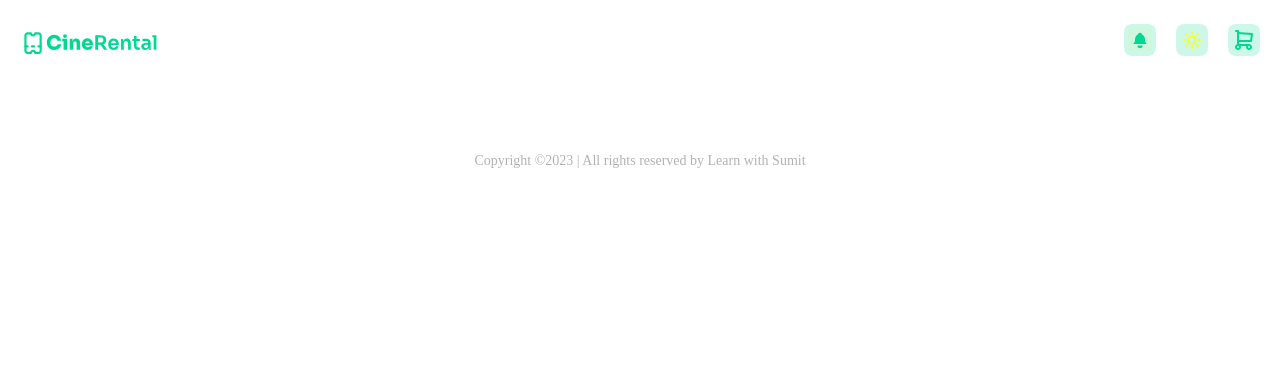
Repository: Wahid137/movie-db
Page: /
These files come from the project's save history. The page is drawn as it stood at one moment and after the next save; the edit follows.
The browser window is 1280 px wide. The pictures show the whole page.
The project was rebuilt for these pictures with package versions that can differ from the ones it lists, and the page was loaded fresh each time. The framework's server and built-in components were replaced by stand-ins that run in the browser. Also part of the build but not shown: next.config.mjs.

Above is the page before, as saved 2024-04-05 02:59:44.

### app/layout.js
import Footer from "@/components/Footer";
import Navbar from "@/components/Navbar";
import { Inter } from "next/font/google";

import "./globals.css";

const inter = Inter({ subsets: ["latin"] });

export const metadata = {
  title: "Create Next App",
  description: "Generated by create next app",
};

export default function RootLayout({ children }) {
  return (
    <html lang="en">
      <body className="dark:bg-body bg-white font-[Sora] dark:text-white text-dark">
        <Navbar />
        <main>
          <div class="container grid lg:grid-cols-[218px_1fr] gap-[3.5rem]">



            <div class="content">
              <div class="grid sm:grid-cols-2 xl:grid-cols-3 gap-7">







              </div>
            </div>
          </div>
        </main>
        <Footer />
      </body>
    </html >
  );
}

### components/Footer.jsx
const Footer = () => {
  return (
    <footer className="py-6 md:py-8 mt-8">
      <div className="container mx-auto">
        <p className="text-center text-sm text-black/30 dark:text-[#EEEEEE]/60">
          Copyright ©2023 | All rights reserved by Learn with Sumit
        </p>
      </div>
    </footer>
  );
};

export default Footer;

### components/Navbar.jsx
import Image from "next/image";
import Link from "next/link";

const Navbar = () => {
  return (
    <header>
      <nav class="container flex items-center justify-between space-x-10 py-6">
        <Link href="/">
          <Image src="/assets/logo.svg" width={139} height={26} alt="logo" />
        </Link>

        <ul class="flex items-center space-x-5">
          <li>
            <Link
              class="bg-primary/20 dark:bg-primary/[7%] rounded-lg backdrop-blur-[2px] p-1 inline-block"
              href="#"
            >
              <Image src="/assets/ring.svg" width={24} height={24} alt="ring" />
            </Link>
          </li>
          <li>
            <Link
              class="bg-primary/20 dark:bg-primary/[7%] rounded-lg backdrop-blur-[2px] p-1 inline-block"
              href="#"
            >
              <Image
                src="/assets/icons/sun.svg"
                width={24}
                height={24}
                alt="sun"
              />
            </Link>
          </li>
          <li>
            <Link
              class="bg-primary/20 dark:bg-primary/[7%] rounded-lg backdrop-blur-[2px] p-1 inline-block"
              href="#"
            >
              <Image
                src="/assets/shopping-cart.svg"
                width={24}
                height={24}
                alt="cart"
              />
            </Link>
          </li>
        </ul>
      </nav>
    </header>
  );
};

export default Navbar;

### styles/output.css
/*
! tailwindcss v3.3.6 | MIT License | https://tailwindcss.com
*/

/*
1. Prevent padding and border from affecting element width. (https://github.com/mozdevs/cssremedy/issues/4)
2. Allow adding a border to an element by just adding a border-width. (https://github.com/tailwindcss/tailwindcss/pull/116)
*/

*,
::before,
::after {
  box-sizing: border-box;
  /* 1 */
  border-width: 0;
  /* 2 */
  border-style: solid;
  /* 2 */
  border-color: #e5e7eb;
  /* 2 */
}

::before,
::after {
  --tw-content: '';
}

/*
1. Use a consistent sensible line-height in all browsers.
2. Prevent adjustments of font size after orientation changes in iOS.
3. Use a more readable tab size.
4. Use the user's configured `sans` font-family by default.
5. Use the user's configured `sans` font-feature-settings by default.
6. Use the user's configured `sans` font-variation-settings by default.
*/

html {
  line-height: 1.5;
  /* 1 */
  -webkit-text-size-adjust: 100%;
  /* 2 */
  -moz-tab-size: 4;
  /* 3 */
  -o-tab-size: 4;
     tab-size: 4;
  /* 3 */
  font-family: ui-sans-serif, system-ui, -apple-system, BlinkMacSystemFont, "Segoe UI", Roboto, "Helvetica Neue", Arial, "Noto Sans", sans-serif, "Apple Color Emoji", "Segoe UI Emoji", "Segoe UI Symbol", "Noto Color Emoji";
  /* 4 */
  font-feature-settings: normal;
  /* 5 */
  font-variation-settings: normal;
  /* 6 */
}

/*
1. Remove the margin in all browsers.
2. Inherit line-height from `html` so users can set them as a class directly on the `html` element.
*/

body {
  margin: 0;
  /* 1 */
  line-height: inherit;
  /* 2 */
}

/*
1. Add the correct height in Firefox.
2. Correct the inheritance of border color in Firefox. (https://bugzilla.mozilla.org/show_bug.cgi?id=190655)
3. Ensure horizontal rules are visible by default.
*/

hr {
  height: 0;
  /* 1 */
  color: inherit;
  /* 2 */
  border-top-width: 1px;
  /* 3 */
}

/*
Add the correct text decoration in Chrome, Edge, and Safari.
*/

abbr:where([title]) {
  -webkit-text-decoration: underline dotted;
          text-decoration: underline dotted;
}

/*
Remove the default font size and weight for headings.
*/

h1,
h2,
h3,
h4,
h5,
h6 {
  font-size: inherit;
  font-weight: inherit;
}

/*
Reset links to optimize for opt-in styling instead of opt-out.
*/

a {
  color: inherit;
  text-decoration: inherit;
}

/*
Add the correct font weight in Edge and Safari.
*/

b,
strong {
  font-weight: bolder;
}

/*
1. Use the user's configured `mono` font-family by default.
2. Use the user's configured `mono` font-feature-settings by default.
3. Use the user's configured `mono` font-variation-settings by default.
4. Correct the odd `em` font sizing in all browsers.
*/

code,
kbd,
samp,
pre {
  font-family: ui-monospace, SFMono-Regular, Menlo, Monaco, Consolas, "Liberation Mono", "Courier New", monospace;
  /* 1 */
  font-feature-settings: normal;
  /* 2 */
  font-variation-settings: normal;
  /* 3 */
  font-size: 1em;
  /* 4 */
}

/*
Add the correct font size in all browsers.
*/

small {
  font-size: 80%;
}

/*
Prevent `sub` and `sup` elements from affecting the line height in all browsers.
*/

sub,
sup {
  font-size: 75%;
  line-height: 0;
  position: relative;
  vertical-align: baseline;
}

sub {
  bottom: -0.25em;
}

sup {
  top: -0.5em;
}

/*
1. Remove text indentation from table contents in Chrome and Safari. (https://bugs.chromium.org/p/chromium/issues/detail?id=999088, https://bugs.webkit.org/show_bug.cgi?id=201297)
2. Correct table border color inheritance in all Chrome and Safari. (https://bugs.chromium.org/p/chromium/issues/detail?id=935729, https://bugs.webkit.org/show_bug.cgi?id=195016)
3. Remove gaps between table borders by default.
*/

table {
  text-indent: 0;
  /* 1 */
  border-color: inherit;
  /* 2 */
  border-collapse: collapse;
  /* 3 */
}

/*
1. Change the font styles in all browsers.
2. Remove the margin in Firefox and Safari.
3. Remove default padding in all browsers.
*/

button,
input,
optgroup,
select,
textarea {
  font-family: inherit;
  /* 1 */
  font-feature-settings: inherit;
  /* 1 */
  font-variation-settings: inherit;
  /* 1 */
  font-size: 100%;
  /* 1 */
  font-weight: inherit;
  /* 1 */
  line-height: inherit;
  /* 1 */
  color: inherit;
  /* 1 */
  margin: 0;
  /* 2 */
  padding: 0;
  /* 3 */
}

/*
Remove the inheritance of text transform in Edge and Firefox.
*/

button,
select {
  text-transform: none;
}

/*
1. Correct the inability to style clickable types in iOS and Safari.
2. Remove default button styles.
*/

button,
[type='button'],
[type='reset'],
[type='submit'] {
  -webkit-appearance: button;
  /* 1 */
  background-color: transparent;
  /* 2 */
  background-image: none;
  /* 2 */
}

/*
Use the modern Firefox focus style for all focusable elements.
*/

:-moz-focusring {
  outline: auto;
}

/*
Remove the additional `:invalid` styles in Firefox. (https://github.com/mozilla/gecko-dev/blob/2f9eacd9d3d995c937b4251a5557d95d494c9be1/layout/style/res/forms.css#L728-L737)
*/

:-moz-ui-invalid {
  box-shadow: none;
}

/*
Add the correct vertical alignment in Chrome and Firefox.
*/

progress {
  vertical-align: baseline;
}

/*
Correct the cursor style of increment and decrement buttons in Safari.
*/

::-webkit-inner-spin-button,
::-webkit-outer-spin-button {
  height: auto;
}

/*
1. Correct the odd appearance in Chrome and Safari.
2. Correct the outline style in Safari.
*/

[type='search'] {
  -webkit-appearance: textfield;
  /* 1 */
  outline-offset: -2px;
  /* 2 */
}

/*
Remove the inner padding in Chrome and Safari on macOS.
*/

::-webkit-search-decoration {
  -webkit-appearance: none;
}

/*
1. Correct the inability to style clickable types in iOS and Safari.
2. Change font properties to `inherit` in Safari.
*/

::-webkit-file-upload-button {
  -webkit-appearance: button;
  /* 1 */
  font: inherit;
  /* 2 */
}

/*
Add the correct display in Chrome and Safari.
*/

summary {
  display: list-item;
}

/*
Removes the default spacing and border for appropriate elements.
*/

blockquote,
dl,
dd,
h1,
h2,
h3,
h4,
h5,
h6,
hr,
figure,
p,
pre {
  margin: 0;
}

fieldset {
  margin: 0;
  padding: 0;
}

legend {
  padding: 0;
}

ol,
ul,
menu {
  list-style: none;
  margin: 0;
  padding: 0;
}

/*
Reset default styling for dialogs.
*/

dialog {
  padding: 0;
}

/*
Prevent resizing textareas horizontally by default.
*/

textarea {
  resize: vertical;
}

/*
1. Reset the default placeholder opacity in Firefox. (https://github.com/tailwindlabs/tailwindcss/issues/3300)
2. Set the default placeholder color to the user's configured gray 400 color.
*/

input::-moz-placeholder, textarea::-moz-placeholder {
  opacity: 1;
  /* 1 */
  color: #9ca3af;
  /* 2 */
}

input::placeholder,
textarea::placeholder {
  opacity: 1;
  /* 1 */
  color: #9ca3af;
  /* 2 */
}

/*
Set the default cursor for buttons.
*/

button,
[role="button"] {
  cursor: pointer;
}

/*
Make sure disabled buttons don't get the pointer cursor.
*/

:disabled {
  cursor: default;
}

/*
1. Make replaced elements `display: block` by default. (https://github.com/mozdevs/cssremedy/issues/14)
2. Add `vertical-align: middle` to align replaced elements more sensibly by default. (https://github.com/jensimmons/cssremedy/issues/14#issuecomment-634934210)
   This can trigger a poorly considered lint error in some tools but is included by design.
*/

img,
svg,
video,
canvas,
audio,
iframe,
embed,
object {
  display: block;
  /* 1 */
  vertical-align: middle;
  /* 2 */
}

/*
Constrain images and videos to the parent width and preserve their intrinsic aspect ratio. (https://github.com/mozdevs/cssremedy/issues/14)
*/

img,
video {
  max-width: 100%;
  height: auto;
}

/* Make elements with the HTML hidden attribute stay hidden by default */

[hidden] {
  display: none;
}

*, ::before, ::after {
  --tw-border-spacing-x: 0;
  --tw-border-spacing-y: 0;
  --tw-translate-x: 0;
  --tw-translate-y: 0;
  --tw-rotate: 0;
  --tw-skew-x: 0;
  --tw-skew-y: 0;
  --tw-scale-x: 1;
  --tw-scale-y: 1;
  --tw-pan-x:  ;
  --tw-pan-y:  ;
  --tw-pinch-zoom:  ;
  --tw-scroll-snap-strictness: proximity;
  --tw-gradient-from-position:  ;
  --tw-gradient-via-position:  ;
  --tw-gradient-to-position:  ;
  --tw-ordinal:  ;
  --tw-slashed-zero:  ;
  --tw-numeric-figure:  ;
  --tw-numeric-spacing:  ;
  --tw-numeric-fraction:  ;
  --tw-ring-inset:  ;
  --tw-ring-offset-width: 0px;
  --tw-ring-offset-color: #fff;
  --tw-ring-color: rgb(59 130 246 / 0.5);
  --tw-ring-offset-shadow: 0 0 #0000;
  --tw-ring-shadow: 0 0 #0000;
  --tw-shadow: 0 0 #0000;
  --tw-shadow-colored: 0 0 #0000;
  --tw-blur:  ;
  --tw-brightness:  ;
  --tw-contrast:  ;
  --tw-grayscale:  ;
  --tw-hue-rotate:  ;
  --tw-invert:  ;
  --tw-saturate:  ;
  --tw-sepia:  ;
  --tw-drop-shadow:  ;
  --tw-backdrop-blur:  ;
  --tw-backdrop-brightness:  ;
  --tw-backdrop-contrast:  ;
  --tw-backdrop-grayscale:  ;
  --tw-backdrop-hue-rotate:  ;
  --tw-backdrop-invert:  ;
  --tw-backdrop-opacity:  ;
  --tw-backdrop-saturate:  ;
  --tw-backdrop-sepia:  ;
}

::backdrop {
  --tw-border-spacing-x: 0;
  --tw-border-spacing-y: 0;
  --tw-translate-x: 0;
  --tw-translate-y: 0;
  --tw-rotate: 0;
  --tw-skew-x: 0;
  --tw-skew-y: 0;
  --tw-scale-x: 1;
  --tw-scale-y: 1;
  --tw-pan-x:  ;
  --tw-pan-y:  ;
  --tw-pinch-zoom:  ;
  --tw-scroll-snap-strictness: proximity;
  --tw-gradient-from-position:  ;
  --tw-gradient-via-position:  ;
  --tw-gradient-to-position:  ;
  --tw-ordinal:  ;
  --tw-slashed-zero:  ;
  --tw-numeric-figure:  ;
  --tw-numeric-spacing:  ;
  --tw-numeric-fraction:  ;
  --tw-ring-inset:  ;
  --tw-ring-offset-width: 0px;
  --tw-ring-offset-color: #fff;
  --tw-ring-color: rgb(59 130 246 / 0.5);
  --tw-ring-offset-shadow: 0 0 #0000;
  --tw-ring-shadow: 0 0 #0000;
  --tw-shadow: 0 0 #0000;
  --tw-shadow-colored: 0 0 #0000;
  --tw-blur:  ;
  --tw-brightness:  ;
  --tw-contrast:  ;
  --tw-grayscale:  ;
  --tw-hue-rotate:  ;
  --tw-invert:  ;
  --tw-saturate:  ;
  --tw-sepia:  ;
  --tw-drop-shadow:  ;
  --tw-backdrop-blur:  ;
  --tw-backdrop-brightness:  ;
  --tw-backdrop-contrast:  ;
  --tw-backdrop-grayscale:  ;
  --tw-backdrop-hue-rotate:  ;
  --tw-backdrop-invert:  ;
  --tw-backdrop-opacity:  ;
  --tw-backdrop-saturate:  ;
  --tw-backdrop-sepia:  ;
}

.container {
  width: 100%;
  margin-right: auto;
  margin-left: auto;
  padding-right: 1.25rem;
  padding-left: 1.25rem;
}

@media (min-width: 640px) {
  .container {
    max-width: 640px;
  }
}

@media (min-width: 768px) {
  .container {
    max-width: 768px;
  }
}

@media (min-width: 1024px) {
  .container {
    max-width: 1024px;
  }
}

@media (min-width: 1280px) {
  .container {
    max-width: 1280px;
  }
}

@media (min-width: 1536px) {
  .container {
    max-width: 1536px;
  }
}

.fixed {
  position: fixed;
}

.absolute {
  position: absolute;
}

.relative {
  position: relative;
}

.left-0 {
  left: 0px;
}

.left-1\/2 {
  left: 50%;
}

.top-0 {
  top: 0px;
}

.top-1\/2 {
  top: 50%;
}

.z-50 {
  z-index: 50;
}

.col-span-2 {
  grid-column: span 2 / span 2;
}

.col-span-10 {
  grid-column: span 10 / span 10;
}

.col-span-7 {
  grid-column: span 7 / span 7;
}

.col-span-8 {
  grid-column: span 8 / span 8;
}

.mx-auto {
  margin-left: auto;
  margin-right: auto;
}

.my-3 {
  margin-top: 0.75rem;
  margin-bottom: 0.75rem;
}

.my-2 {
  margin-top: 0.5rem;
  margin-bottom: 0.5rem;
}

.my-8 {
  margin-top: 2rem;
  margin-bottom: 2rem;
}

.mb-1 {
  margin-bottom: 0.25rem;
}

.mb-10 {
  margin-bottom: 2.5rem;
}

.mb-2 {
  margin-bottom: 0.5rem;
}

.mb-5 {
  margin-bottom: 1.25rem;
}

.mb-8 {
  margin-bottom: 2rem;
}

.mt-8 {
  margin-top: 2rem;
}

.mt-2 {
  margin-top: 0.5rem;
}

.block {
  display: block;
}

.inline-block {
  display: inline-block;
}

.flex {
  display: flex;
}

.inline-flex {
  display: inline-flex;
}

.grid {
  display: grid;
}

.hidden {
  display: none;
}

.h-5 {
  height: 1.25rem;
}

.h-full {
  height: 100%;
}

.h-screen {
  height: 100vh;
}

.h-fit {
  height: -moz-fit-content;
  height: fit-content;
}

.h-min {
  height: -moz-min-content;
  height: min-content;
}

.h-max {
  height: -moz-max-content;
  height: max-content;
}

.h-\[500px\] {
  height: 500px;
}

.max-h-\[450px\] {
  max-height: 450px;
}

.max-h-\[90vh\] {
  max-height: 90vh;
}

.max-h-\[300px\] {
  max-height: 300px;
}

.max-h-\[600px\] {
  max-height: 600px;
}

.w-5 {
  width: 1.25rem;
}

.w-full {
  width: 100%;
}

.w-screen {
  width: 100vw;
}

.max-w-\[420px\] {
  max-width: 420px;
}

.-translate-x-1\/2 {
  --tw-translate-x: -50%;
  transform: translate(var(--tw-translate-x), var(--tw-translate-y)) rotate(var(--tw-rotate)) skewX(var(--tw-skew-x)) skewY(var(--tw-skew-y)) scaleX(var(--tw-scale-x)) scaleY(var(--tw-scale-y));
}

.-translate-y-1\/2 {
  --tw-translate-y: -50%;
  transform: translate(var(--tw-translate-x), var(--tw-translate-y)) rotate(var(--tw-rotate)) skewX(var(--tw-skew-x)) skewY(var(--tw-skew-y)) scaleX(var(--tw-scale-x)) scaleY(var(--tw-scale-y));
}

.grid-cols-\[1fr_auto\] {
  grid-template-columns: 1fr auto;
}

.grid-cols-12 {
  grid-template-columns: repeat(12, minmax(0, 1fr));
}

.place-items-center {
  place-items: center;
}

.items-center {
  align-items: center;
}

.justify-end {
  justify-content: flex-end;
}

.justify-center {
  justify-content: center;
}

.justify-between {
  justify-content: space-between;
}

.gap-2 {
  gap: 0.5rem;
}

.gap-4 {
  gap: 1rem;
}

.gap-7 {
  gap: 1.75rem;
}

.gap-\[3\.5rem\] {
  gap: 3.5rem;
}

.gap-8 {
  gap: 2rem;
}

.space-x-1 > :not([hidden]) ~ :not([hidden]) {
  --tw-space-x-reverse: 0;
  margin-right: calc(0.25rem * var(--tw-space-x-reverse));
  margin-left: calc(0.25rem * calc(1 - var(--tw-space-x-reverse)));
}

.space-x-10 > :not([hidden]) ~ :not([hidden]) {
  --tw-space-x-reverse: 0;
  margin-right: calc(2.5rem * var(--tw-space-x-reverse));
  margin-left: calc(2.5rem * calc(1 - var(--tw-space-x-reverse)));
}

.space-x-2 > :not([hidden]) ~ :not([hidden]) {
  --tw-space-x-reverse: 0;
  margin-right: calc(0.5rem * var(--tw-space-x-reverse));
  margin-left: calc(0.5rem * calc(1 - var(--tw-space-x-reverse)));
}

.space-x-5 > :not([hidden]) ~ :not([hidden]) {
  --tw-space-x-reverse: 0;
  margin-right: calc(1.25rem * var(--tw-space-x-reverse));
  margin-left: calc(1.25rem * calc(1 - var(--tw-space-x-reverse)));
}

.space-y-2 > :not([hidden]) ~ :not([hidden]) {
  --tw-space-y-reverse: 0;
  margin-top: calc(0.5rem * calc(1 - var(--tw-space-y-reverse)));
  margin-bottom: calc(0.5rem * var(--tw-space-y-reverse));
}

.space-y-8 > :not([hidden]) ~ :not([hidden]) {
  --tw-space-y-reverse: 0;
  margin-top: calc(2rem * calc(1 - var(--tw-space-y-reverse)));
  margin-bottom: calc(2rem * var(--tw-space-y-reverse));
}

.space-y-4 > :not([hidden]) ~ :not([hidden]) {
  --tw-space-y-reverse: 0;
  margin-top: calc(1rem * calc(1 - var(--tw-space-y-reverse)));
  margin-bottom: calc(1rem * var(--tw-space-y-reverse));
}

.overflow-auto {
  overflow: auto;
}

.overflow-hidden {
  overflow: hidden;
}

.rounded {
  border-radius: 0.25rem;
}

.rounded-2xl {
  border-radius: 1rem;
}

.rounded-lg {
  border-radius: 0.5rem;
}

.rounded-md {
  border-radius: 0.375rem;
}

.rounded-xl {
  border-radius: 0.75rem;
}

.border {
  border-width: 1px;
}

.border-\[\#74766F\] {
  --tw-border-opacity: 1;
  border-color: rgb(116 118 111 / var(--tw-border-opacity));
}

.border-black\/10 {
  border-color: rgb(0 0 0 / 0.1);
}

.bg-\[\#D42967\] {
  --tw-bg-opacity: 1;
  background-color: rgb(212 41 103 / var(--tw-bg-opacity));
}

.bg-black\/60 {
  background-color: rgb(0 0 0 / 0.6);
}

.bg-primary {
  --tw-bg-opacity: 1;
  background-color: rgb(0 217 145 / var(--tw-bg-opacity));
}

.bg-primary\/20 {
  background-color: rgb(0 217 145 / 0.2);
}

.bg-white {
  --tw-bg-opacity: 1;
  background-color: rgb(255 255 255 / var(--tw-bg-opacity));
}

.bg-slate-800\/40 {
  background-color: rgb(30 41 59 / 0.4);
}

.bg-slate-800\/60 {
  background-color: rgb(30 41 59 / 0.6);
}

.bg-slate-800\/80 {
  background-color: rgb(30 41 59 / 0.8);
}

.object-contain {
  -o-object-fit: contain;
     object-fit: contain;
}

.object-cover {
  -o-object-fit: cover;
     object-fit: cover;
}

.p-1 {
  padding: 0.25rem;
}

.p-2 {
  padding: 0.5rem;
}

.p-4 {
  padding: 1rem;
}

.p-5 {
  padding: 1.25rem;
}

.px-5 {
  padding-left: 1.25rem;
  padding-right: 1.25rem;
}

.py-2 {
  padding-top: 0.5rem;
  padding-bottom: 0.5rem;
}

.py-3 {
  padding-top: 0.75rem;
  padding-bottom: 0.75rem;
}

.py-3\.5 {
  padding-top: 0.875rem;
  padding-bottom: 0.875rem;
}

.py-6 {
  padding-top: 1.5rem;
  padding-bottom: 1.5rem;
}

.py-12 {
  padding-top: 3rem;
  padding-bottom: 3rem;
}

.px-4 {
  padding-left: 1rem;
  padding-right: 1rem;
}

.px-8 {
  padding-left: 2rem;
  padding-right: 2rem;
}

.pt-4 {
  padding-top: 1rem;
}

.text-center {
  text-align: center;
}

.font-\[Sora\] {
  font-family: Sora;
}

.text-2xl {
  font-size: 1.5rem;
  line-height: 2rem;
}

.text-3xl {
  font-size: 1.875rem;
  line-height: 2.25rem;
}

.text-base {
  font-size: 1rem;
  line-height: 1.5rem;
}

.text-sm {
  font-size: 0.875rem;
  line-height: 1.25rem;
}

.text-xl {
  font-size: 1.25rem;
  line-height: 1.75rem;
}

.text-4xl {
  font-size: 2.25rem;
  line-height: 2.5rem;
}

.font-bold {
  font-weight: 700;
}

.font-semibold {
  font-weight: 600;
}

.font-extralight {
  font-weight: 200;
}

.font-medium {
  font-weight: 500;
}

.italic {
  font-style: italic;
}

.text-\[\#171923\] {
  --tw-text-opacity: 1;
  color: rgb(23 25 35 / var(--tw-text-opacity));
}

.text-\[\#575A6E\] {
  --tw-text-opacity: 1;
  color: rgb(87 90 110 / var(--tw-text-opacity));
}

.text-\[\#6F6F6F\] {
  --tw-text-opacity: 1;
  color: rgb(111 111 111 / var(--tw-text-opacity));
}

.text-\[\#9fa0a4\] {
  --tw-text-opacity: 1;
  color: rgb(159 160 164 / var(--tw-text-opacity));
}

.text-black {
  --tw-text-opacity: 1;
  color: rgb(0 0 0 / var(--tw-text-opacity));
}

.text-black\/30 {
  color: rgb(0 0 0 / 0.3);
}

.text-dark {
  --tw-text-opacity: 1;
  color: rgb(23 25 35 / var(--tw-text-opacity));
}

.text-white {
  --tw-text-opacity: 1;
  color: rgb(255 255 255 / var(--tw-text-opacity));
}

.text-slate-400 {
  --tw-text-opacity: 1;
  color: rgb(148 163 184 / var(--tw-text-opacity));
}

.text-slate-300 {
  --tw-text-opacity: 1;
  color: rgb(203 213 225 / var(--tw-text-opacity));
}

.text-slate-800 {
  --tw-text-opacity: 1;
  color: rgb(30 41 59 / var(--tw-text-opacity));
}

.shadow-md {
  --tw-shadow: 0 4px 6px -1px rgb(0 0 0 / 0.1), 0 2px 4px -2px rgb(0 0 0 / 0.1);
  --tw-shadow-colored: 0 4px 6px -1px var(--tw-shadow-color), 0 2px 4px -2px var(--tw-shadow-color);
  box-shadow: var(--tw-ring-offset-shadow, 0 0 #0000), var(--tw-ring-shadow, 0 0 #0000), var(--tw-shadow);
}

.shadow-sm {
  --tw-shadow: 0 1px 2px 0 rgb(0 0 0 / 0.05);
  --tw-shadow-colored: 0 1px 2px 0 var(--tw-shadow-color);
  box-shadow: var(--tw-ring-offset-shadow, 0 0 #0000), var(--tw-ring-shadow, 0 0 #0000), var(--tw-shadow);
}

.backdrop-blur-\[2px\] {
  --tw-backdrop-blur: blur(2px);
  -webkit-backdrop-filter: var(--tw-backdrop-blur) var(--tw-backdrop-brightness) var(--tw-backdrop-contrast) var(--tw-backdrop-grayscale) var(--tw-backdrop-hue-rotate) var(--tw-backdrop-invert) var(--tw-backdrop-opacity) var(--tw-backdrop-saturate) var(--tw-backdrop-sepia);
          backdrop-filter: var(--tw-backdrop-blur) var(--tw-backdrop-brightness) var(--tw-backdrop-contrast) var(--tw-backdrop-grayscale) var(--tw-backdrop-hue-rotate) var(--tw-backdrop-invert) var(--tw-backdrop-opacity) var(--tw-backdrop-saturate) var(--tw-backdrop-sepia);
}

.backdrop-blur-sm {
  --tw-backdrop-blur: blur(4px);
  -webkit-backdrop-filter: var(--tw-backdrop-blur) var(--tw-backdrop-brightness) var(--tw-backdrop-contrast) var(--tw-backdrop-grayscale) var(--tw-backdrop-hue-rotate) var(--tw-backdrop-invert) var(--tw-backdrop-opacity) var(--tw-backdrop-saturate) var(--tw-backdrop-sepia);
          backdrop-filter: var(--tw-backdrop-blur) var(--tw-backdrop-brightness) var(--tw-backdrop-contrast) var(--tw-backdrop-grayscale) var(--tw-backdrop-hue-rotate) var(--tw-backdrop-invert) var(--tw-backdrop-opacity) var(--tw-backdrop-saturate) var(--tw-backdrop-sepia);
}

:is(.dark .dark\:border-white\/10) {
  border-color: rgb(255 255 255 / 0.1);
}

:is(.dark .dark\:bg-\[\#12141D\]) {
  --tw-bg-opacity: 1;
  background-color: rgb(18 20 29 / var(--tw-bg-opacity));
}

:is(.dark .dark\:bg-body) {
  --tw-bg-opacity: 1;
  background-color: rgb(29 30 40 / var(--tw-bg-opacity));
}

:is(.dark .dark\:bg-primary\/\[7\%\]) {
  background-color: rgb(0 217 145 / 7%);
}

:is(.dark .dark\:text-\[\#575A6E\]) {
  --tw-text-opacity: 1;
  color: rgb(87 90 110 / var(--tw-text-opacity));
}

:is(.dark .dark\:text-\[\#EEEEEE\]) {
  --tw-text-opacity: 1;
  color: rgb(238 238 238 / var(--tw-text-opacity));
}

:is(.dark .dark\:text-\[\#EEEEEE\]\/60) {
  color: rgb(238 238 238 / 0.6);
}

:is(.dark .dark\:text-gray-200) {
  --tw-text-opacity: 1;
  color: rgb(229 231 235 / var(--tw-text-opacity));
}

:is(.dark .dark\:text-white) {
  --tw-text-opacity: 1;
  color: rgb(255 255 255 / var(--tw-text-opacity));
}

@media not all and (min-width: 768px) {
  .max-md\:hidden {
    display: none;
  }

  .max-md\:text-xs {
    font-size: 0.75rem;
    line-height: 1rem;
  }
}

@media not all and (min-width: 640px) {
  .max-sm\:max-h-\[300px\] {
    max-height: 300px;
  }
}

@media (min-width: 640px) {
  .sm\:order-2 {
    order: 2;
  }

  .sm\:grid {
    display: grid;
  }

  .sm\:max-w-\[600px\] {
    max-width: 600px;
  }

  .sm\:grid-cols-2 {
    grid-template-columns: repeat(2, minmax(0, 1fr));
  }

  .sm\:grid-cols-\[2fr_1fr\] {
    grid-template-columns: 2fr 1fr;
  }
}

@media (min-width: 768px) {
  .md\:p-9 {
    padding: 2.25rem;
  }

  .md\:px-4 {
    padding-left: 1rem;
    padding-right: 1rem;
  }

  .md\:py-8 {
    padding-top: 2rem;
    padding-bottom: 2rem;
  }

  .md\:text-xl {
    font-size: 1.25rem;
    line-height: 1.75rem;
  }
}

@media (min-width: 1024px) {
  .lg\:mb-14 {
    margin-bottom: 3.5rem;
  }

  .lg\:mb-16 {
    margin-bottom: 4rem;
  }

  .lg\:max-h-\[600px\] {
    max-height: 600px;
  }

  .lg\:max-h-\[400px\] {
    max-height: 400px;
  }

  .lg\:max-h-\[200px\] {
    max-height: 200px;
  }

  .lg\:max-h-\[500px\] {
    max-height: 500px;
  }

  .lg\:max-w-\[790px\] {
    max-width: 790px;
  }

  .lg\:max-w-\[984px\] {
    max-width: 984px;
  }

  .lg\:grid-cols-2 {
    grid-template-columns: repeat(2, minmax(0, 1fr));
  }

  .lg\:grid-cols-\[218px_1fr\] {
    grid-template-columns: 218px 1fr;
  }

  .lg\:space-y-12 > :not([hidden]) ~ :not([hidden]) {
    --tw-space-y-reverse: 0;
    margin-top: calc(3rem * calc(1 - var(--tw-space-y-reverse)));
    margin-bottom: calc(3rem * var(--tw-space-y-reverse));
  }

  .lg\:p-11 {
    padding: 2.75rem;
  }

  .lg\:text-\[30px\] {
    font-size: 30px;
  }

  .lg\:text-\[50px\] {
    font-size: 50px;
  }

  .lg\:text-base {
    font-size: 1rem;
    line-height: 1.5rem;
  }
}

@media (min-width: 1280px) {
  .xl\:grid-cols-3 {
    grid-template-columns: repeat(3, minmax(0, 1fr));
  }
}

### components/MovieCard.jsx
import Image from "next/image";

const MovieCard = () => {
  return (
    <figure className="p-4 border border-black/10 shadow-sm dark:border-white/10 rounded-xl">
      <Image
        className="w-full object-cover"
        width={300}
        height={500}
        src="/assets/movie-1.png"
        alt="cover"
      />
      <figcaption className="pt-4">
        <h3 className="text-xl mb-1">Iron Man</h3>
        <p className="text-[#575A6E] text-sm mb-2">Action/Adventure/Sci-fi</p>
        <div className="flex items-center space-x-1 mb-5">
          <Image src="/assets/star.svg" width={14} height={14} alt="star" />
        </div>
        <a
          className="bg-primary rounded-lg py-2 px-5 flex items-center justify-center gap-2 text-[#171923] font-semibold text-sm"
          href="./modal.html"
        >
          <Image src="/assets/tag.svg" alt="tag" width={20} height={20} />
          <span>Details</span>
        </a>
      </figcaption>
    </figure>
  );
};

export default MovieCard;

Loaded but not shown: app/globals.css (common file); tailwind.config.js (24 lines, source omitted); app/page.js (16 lines, source omitted)

After the next save:
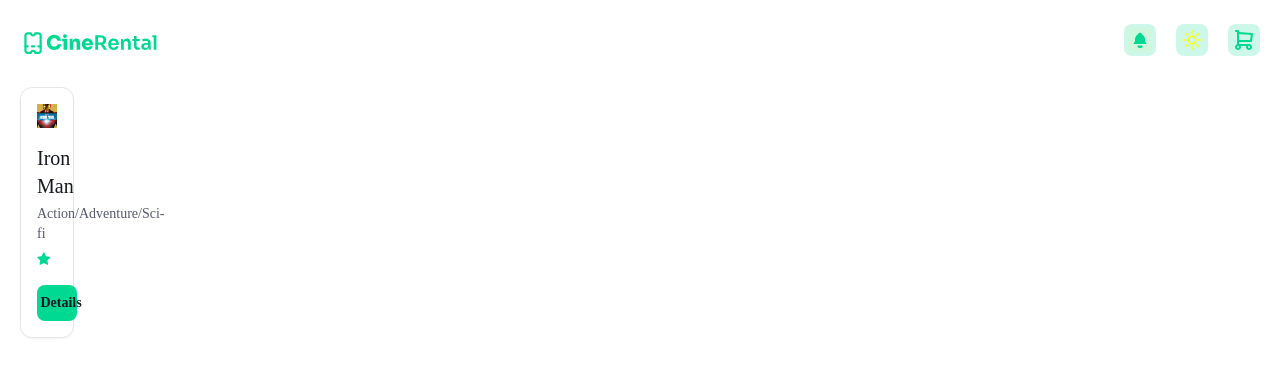
Saved 2 min 38 s later.
--- a/app/layout.js
+++ b/app/layout.js
@@ -1,7 +1,6 @@
-import Footer from "@/components/Footer";
 import Navbar from "@/components/Navbar";
 import { Inter } from "next/font/google";
-
+import "../../movie-db/styles/output.css";
 import "./globals.css";
 
 const inter = Inter({ subsets: ["latin"] });
@@ -16,25 +15,8 @@
     <html lang="en">
       <body className="dark:bg-body bg-white font-[Sora] dark:text-white text-dark">
         <Navbar />
-        <main>
-          <div class="container grid lg:grid-cols-[218px_1fr] gap-[3.5rem]">
+        {children}
 
-
-
-            <div class="content">
-              <div class="grid sm:grid-cols-2 xl:grid-cols-3 gap-7">
-
-
-
-
-
-
-
-              </div>
-            </div>
-          </div>
-        </main>
-        <Footer />
       </body>
     </html >
   );
